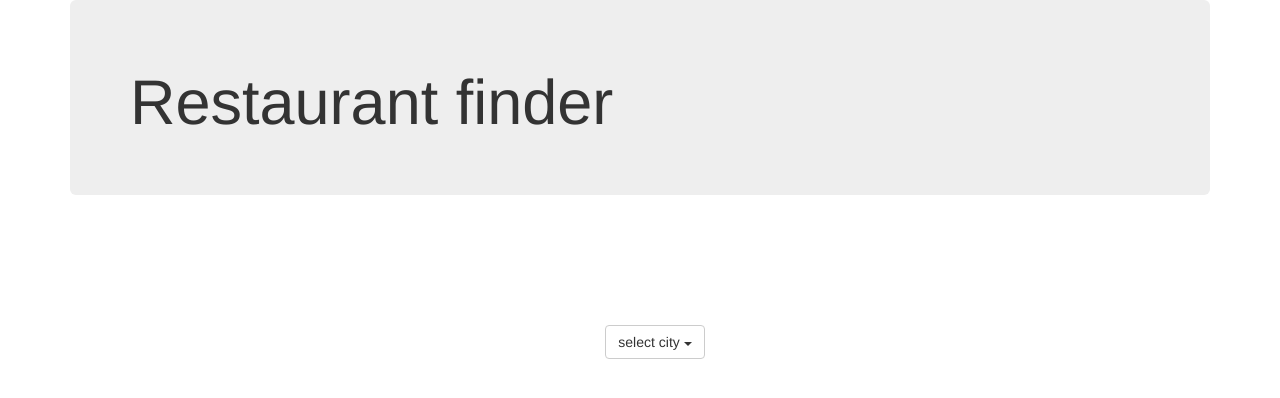
Repository: ganz-95/Denuvo-final
Page: http://localhost/restaurant/
These files come from the project's save history. The page is drawn as it stood at one moment and after the next save; the edit follows.
The browser window is 1280 px wide. The pictures show the whole page.
Some web libraries are served in a nearby version. The page is served by Tomcat 9.

Above is the page before, as saved 2017-01-23 15:30:07.

### workspace/restaurant/src/main/webapp/index.jsp
<!DOCTYPE html>
<html>
<head>
  <meta name="viewport" content="width=device-width, initial-scale=1">
  <link rel="stylesheet" href="https://maxcdn.bootstrapcdn.com/bootstrap/3.3.7/css/bootstrap.min.css">
  <script src="https://ajax.googleapis.com/ajax/libs/jquery/3.1.1/jquery.min.js"></script>
  <script src="https://maxcdn.bootstrapcdn.com/bootstrap/3.3.7/js/bootstrap.min.js"></script>
</head>
<body>
<div class="container" >
  <div class="jumbotron">
    <h1>              Restaurant finder             </h1>
     </div>



<div class="container" align="center">

  <br><br><br><br><br>

  <div class="dropdown">
    <button class="btn btn-default dropdown-toggle" type="button" data-toggle="dropdown">select city
    <span class="caret"></span></button>
    <ul class="dropdown-menu" align="center">
      <li class="dropdown-header">Popular</li>
      <li><a href="#">Chennai</a></li>
      <li><a href="#">Mumbai</a></li>
      <li><a href="#">Delhi</a></li>
      <li class="divider"></li>
      <li class="dropdown-header">Others</li>
      <li><a href="#">banglore</a></li>
      <li><a href="#">Hyderabad</a></li>
    </ul>
  </div>
</div>


</body>
</html>

After the next save:
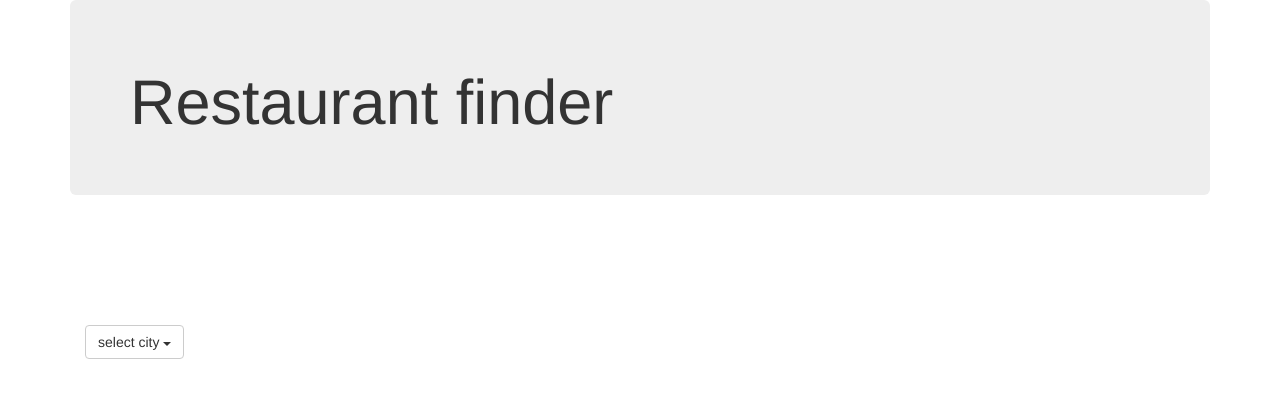
Saved 51 s later.
--- a/workspace/restaurant/src/main/webapp/index.jsp
+++ b/workspace/restaurant/src/main/webapp/index.jsp
@@ -18,7 +18,7 @@
 
   <br><br><br><br><br>
 
-  <div class="dropdown">
+  <div class="dropdown" style="float:left">
     <button class="btn btn-default dropdown-toggle" type="button" data-toggle="dropdown">select city
     <span class="caret"></span></button>
     <ul class="dropdown-menu" align="center">
